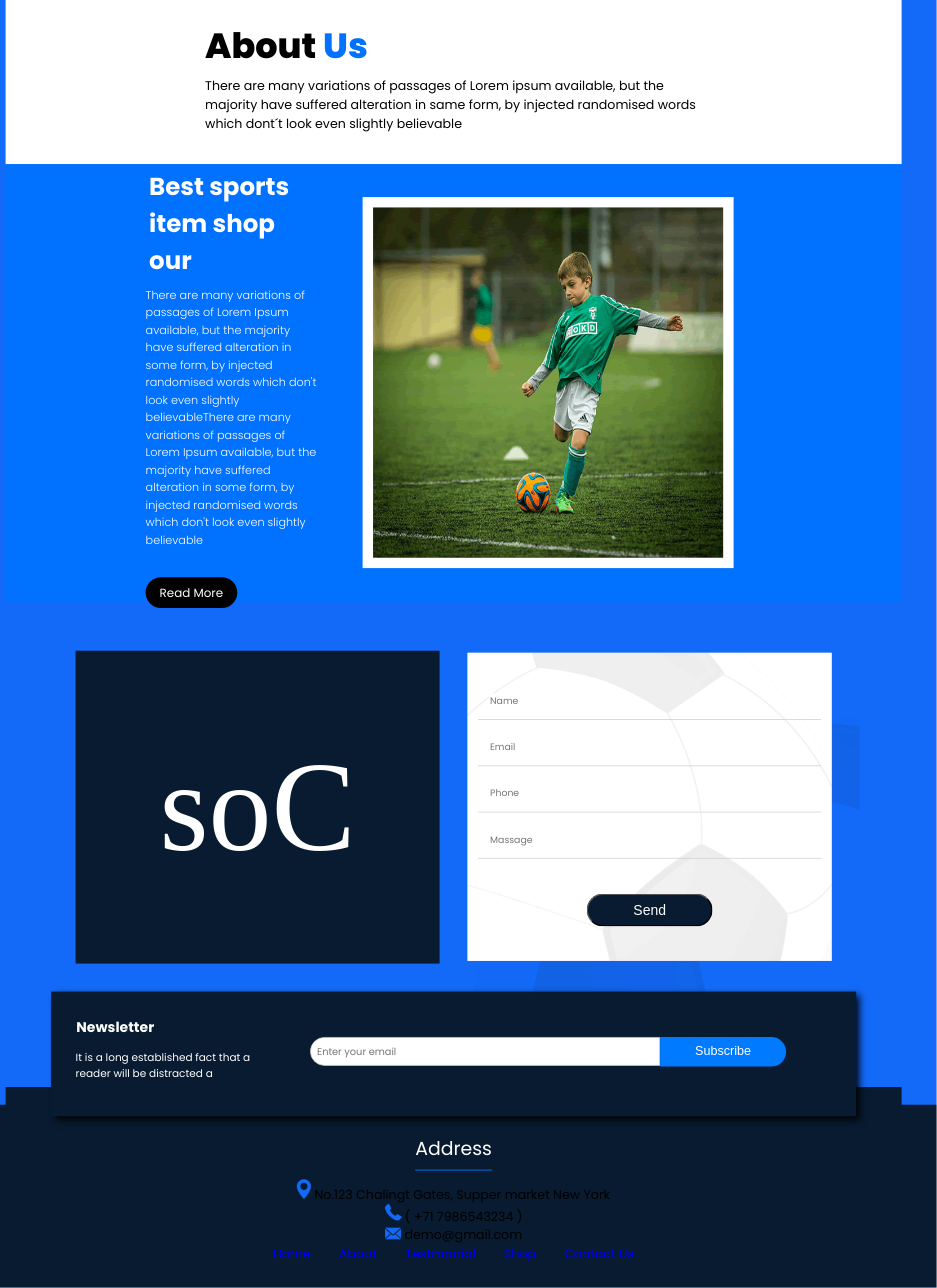
Repository: Vinicius9922/Projeto-Web
Page: index.html
These files come from the project's save history. The page is drawn as it stood at one moment and after the next save; the edit follows.
The browser window is 1280 px wide. The page is 1338 px wide, so the pictures cover 1338 px, including what lies to the right of the window. The pictures show the part of the page from y = 1891 to 3731 px (the page is 3731 px tall before and 3707 px after), at 70% of full size.

Above is the page before, as saved 2024-12-10 20:23:16.

### index.html
<!DOCTYPE html>
<html>

<head>
    <meta charset="UTF-8">
    <meta name="viewport" content="width=device-width, initial-scale=1.0">
    <link rel="stylesheet" href="index.css">
    <link rel="preconnect" href="https://fonts.googleapis.com">
    <link rel="preconnect" href="https://fonts.gstatic.com" crossorigin>
    <link
        href="https://fonts.googleapis.com/css2?family=Lora:ital,wght@0,400..700;1,400..700&family=Poppins:ital,wght@0,100;0,200;0,300;0,400;0,500;0,600;0,700;0,800;0,900;1,100;1,200;1,300;1,400;1,500;1,600;1,700;1,800;1,900&display=swap"
        rel="stylesheet">
    <title>Index</title>
</head>

<body class="main-layout">
    <header>
        <div class="header">
            <div class="container">
                <div class="logo"><img src="img/logo.png" alt="logo"></div>
                <div class="navBar">
                    <nav>
                        <ul class="menuNav">
                            <li>HOME</li>
                            <li>ABOUT</li>
                            <li>TESTMONIAL</li>
                            <li>SHOP</li>
                            <li>CONTACT US</li>
                            <li><img id="lupa" src="img/search_icon.png"></li>
                        </ul>
                    </nav>
                </div>
            </div>
        </div>
    </header>
    <section>
        <div class="container">
            <div class="carroussel">
                <div class="textCarroussel">
                    <h1>Welcome to <strong class="color">Our Shop</strong></h1>
                    <p>There are many variations of passages of Lorem Ipsum available, but the majority have
                        suffered
                        alteration in some form, by injected humour</p>
                    <button class="botao-carrossel">Buy Now</button>
                    <button class="botao-carrossel">About</button>
                </div>
            </div>
            <div class="img-carroussel">
                <div>
                    <figure><img id="img-carroussel" src="img/boksing-gloves.png" alt="img" /></figure>
                </div>
            </div>
        </div>
    </section>

    <!-- aaaaaaaaaaaaaaa -->

    <div class="parte branca">
        <h1>Our <span>Products</span></h1>
        <p>There are many variations of passages of Lorem ipsum available, but the majority have suffered alteration in
            some form, by injected randomised words wich don't look even slightly believable</p>
    </div>

    <div class="container3">

        <div class="imagem1">
            <img src="img/basketball.png" alt="bola">
            <p>$<span class="valor">50</span></p>
            <p class="p1">Basket ball</p>
        </div>
        <div class="imagem2">
            <img src="img/t-shirt.png" alt="camiseta">
            <p>$<span class="valor">50</span></p>
            <p class="p1">T-shirt</p>
        </div>
        <div class="imagem3">
            <img src="img/game.png" alt="game">
            <p>$<span class="valor">50</span></p>
            <p class="p1">Game</p>
        </div>
        <div class="imagem4">
            <img src="img/basketball.png" alt="bola">
            <p>$<span class="valor">50</span></p>
            <p class="p1">Basket ball</p>
        </div>
        <div class="imagem5">
            <img src="img/t-shirt.png" alt="camiseta">
            <p>$<span class="valor">50</span></p>
            <p class="p1">T-shirt</p>
        </div>
        <div class="imagem6">
            <img src="img/game.png" alt="game">
            <p>$<span class="valor">50</span></p>
            <p class="p1">game</p>
        </div>

    </div>
    <div class="branca2">
        <h1> About <span>Us</span></h1>
        <p>There are many variations of passages of Lorem ipsum available, but the majority have suffered alteration in
            same form, by injected randomised words which dont´t look even slightly believable</p>
    </div>

    <div class="shield">
        <div class="texto-shield">
            <h1 class="textobranco">Best sports item shop our</h1>
            <p class="p2">There are many variations of passages of Lorem Ipsum available, but the majority have suffered
                alteration in some form, by injected randomised words which don't look even slightly believableThere are
                many variations of passages of Lorem Ipsum available, but the majority have suffered alteration in some
                form, by injected randomised words which don't look even slightly believable</p>

            <div class="btn_main">
                <a class="botao" href="#" role="button">Read More</a>
            </div>
        </div>
        <div class="child">
            <figure><img src="img/child-image.png">
            </figure>
        </div>
    </div>

    <!-- aaaaaaaaaaaaaaaaaaaa -->

    <div class="container2">
        <div class="formulario">
            <div class="box-left">
                <div class="soc">soC</div>
            </div>
            <div class="box-right">
                <form>
                    <div class="grupo-form">
                        <input type="text" class="form" placeholder="Name" name="Name">
                    </div>
                    <div class="grupo-form">
                        <input type="email" class="form" placeholder="Email" name="Email">
                    </div>
                    <div class="grupo-form">
                        <input type="text" class="form" placeholder="Phone" name="Phone">
                    </div>
                    <div class="grupo-form">
                        <input type="text" class="form" placeholder="Massage" name="mensagem">
                    </div>
                    <div class="send-button">
                        <button type="submit" class="botao-env">Send</button>
                    </div>
                </form>
            </div>
        </div>
        <div class="box-down">
            <div class="text-news">
                <h2 class="Newsletter">Newsletter</h2>
                <p class="text-newsletter">It is a long established fact that a reader will be distracted a</p>
            </div>
            <div class="email-news">
                <input type="email" class="news-email" placeholder="Enter your email" name="Email">
            </div>
            <div class="Subscribe">
                <button class="subs-button" type="Subscribe">Subscribe</button>
            </div>
        </div>



        <div id="footer" class="Address layout_padding">
            <div>
                <div>
                    <div>
                        <div class="titulo">
                            <h2 class="titulo_texto">Address</h2>
                        </div>
                    </div>
                </div>
            </div>
            <div class="address_2">
                <div class="row">
                    <div class="col-sm-12 col-md-12 col-lg-4">
                        <div class="site_info">
                            <span class="info_icon"><img src="img/map-icon.png" /></span>
                            <span style="margin-top: 10px;">No.123 Chalingt Gates, Supper market New York</span>
                        </div>
                    </div>
                    <div class="col-sm-12 col-md-12 col-lg-4">
                        <div class="site_info">
                            <span class="info_icon"><img src="img/phone-icon.png" /></span>
                            <span style="margin-top: 21px;">( +71 7986543234 )</span>
                        </div>
                    </div>
                    <div class="col-sm-12 col-md-12 col-lg-4">
                        <div class="site_info">
                            <span class="info_icon"><img src="img/email-icon.png" /></span>
                            <span style="margin-top: 21px;">demo@gmail.com</span>
                        </div>
                    </div>
                </div>
            </div>

            <div class="menu_main">
                <div class="menu_text">
                    <ul>
                        <li class="active"><a href="#">Home</a></li>
                        <li><a href="about.html">About</a></li>
                        <li><a href="testmonial.html">Testmonial</a></li>
                        <li><a href="clients.html">Shop</a></li>
                        <li><a href="contact.html">Contact Us</a></li>
                    </ul>
                </div>
            </div>
        </div>
    </div>

</body>

</html>

### index.css
@import url('https://fonts.googleapis.com/css2?family=Lora:ital,wght@0,400..700;1,400..700&family=Poppins:ital,wght@0,100;0,200;0,300;0,400;0,500;0,600;0,700;0,800;0,900;1,100;1,200;1,300;1,400;1,500;1,600;1,700;1,800;1,900&display=swap');

html,
body {
    width: 100%;
    font-family: Poppins, normal;
    background-color: #136af8;
    background: linear-gradient(to bottom, #136af8 93%, #081b30 7%);
}

header {
    background-color: #136af8;
    padding: 0px;
}

.container {
    display: flex;
    align-items: center;
    justify-content: space-between;
    margin: 40px 200px;
}

li:hover {
    text-decoration: underline;
    cursor: pointer;
    font-weight: bolder;
}

ul {
    color: white;
    list-style-type: none;
    display: flex;
    margin: 0;
    padding: 0;
    gap: 40px;
    font-weight: 500;
}

#lupa {
    margin-left: 20px;
}

.logo {
    margin-left: 60px;
}

section {
    background-color: #136af8;
    display: flex;
}

.textCarroussel {
    text-align: left;
    margin-left: 60px;
    padding-left: 15px;
}

.textCarroussel p,
strong {
    color: white;
}

.color {
    font-weight: bolder;
}

.textCarroussel h1 {
    font-family: Poppins;
    font-weight: bold;
    font-size: 65px;
    line-height: 74px;
    color: #081b30;
}

.textCarroussel p {
    font-size: 16px;
}

button {
    min-width: 180px;
    color: white;
    background-color: #081b30;
    padding: 10px 50px;
    border-radius: 30px;
    display: inline-block;
    font-size: 20px;
    margin-top: 40px;
    cursor: pointer;
}

button:hover {
    background-color: #032b58;
}

button+button {
    margin-left: 15px;
}

#img-carroussel {
    max-width: 110%;
    height: auto;
    display: block;
}

/*////////////////////////////////////////////////////*/


/* Estilo global */


/* Cabeçalho "Our Products" */
.parte.branca {
    background-color: white;
    text-align: center;
    padding: 40px 280px;
}

.parte.branca h1 {
    font-size: 50px;
    color: black;
    text-align: left;
    font-weight: 800;
    margin: 5px;
}

.parte.branca h1 span {
    color: #0072ff;

}

.parte.branca p {
    font-size: 18px;
    margin-top: 10px;
    text-align: left;
    font-weight: 400;
    margin: 5px;
}

/* Grade de produtos */
.container3 {
    display: grid;
    grid-template-columns: repeat(3, 1fr);
    gap: 20px;
    column-gap: 30px;
    padding-left: 250px;
    padding-right: 250px;
    padding-top: 40px;
    padding-bottom: 40px;
    background-color: #001f3f;
}


.container3 div {
    text-align: center;
    background-color: white;
    padding: 20px;
    box-shadow: 0 5px 10px rgba(0, 0, 0, 0.1);
}

.container3 img {
    width: 300px;
    height: 300px;
    margin-bottom: 10px;
}

.container3 div .valor {
    margin: 5px 0;
    font-size: 26px;
    color: #0072ff
}

.container3 div p {
    font-size: 26px;
    color: black;
    margin: 3px;
}

/* Sessão "About Us" */
.branca2 {
    background-color: white;
    text-align: left;
    padding: 40px 280px;
}

.branca2 h1 {
    font-size: 50px;
    color: black;
    text-align: left;
    font-weight: 800;
    margin: 5px;
}

.branca2 h1 span {
    color: #0072ff;
}

.branca2 p {
    font-size: 18px;
    margin-top: 10px;
    text-align: left;
    font-weight: 400;
    margin: 5px;
}

/* Sessão "Best sports item shop our" */
.shield {
    display: flex;
    justify-content: space-between;
    align-items: center;
    background-color: #0072ff;
    color: white;
    padding-left: 200px;
    padding-right: 200px;
    gap: 20px;
}

.texto-shield {
    text-align: left;
}

.shield h1 {
    font-size: 35px;
    color: rgb(255, 255, 255);
    text-align: left;
    font-weight: 700;
    margin: 5px;
}

.shield .p2 {
    font-size: 16px;
    margin-top: 10px;
    text-align: left;
    font-weight: 300;
    margin-bottom: 50px;
}

.btn_main .botao {
    text-decoration: none;
    background-color: black;
    color: white;
    padding: 10px 20px;
    border-radius: 30px;
    font-size: 17px;
    transition: 0.5s ease, color 0.4s ease 0.1s;
}

.botao:hover {
    background-color: #fbfbfb;
    color: black;
}

.child {
    margin: 0px;
}

.child img {
    height: 500px;
    width: 500px;
    display: flex;
    border: 15px solid #fff;
}


/*/////////////////////////////////////////////////*/

.container2 {
    display: flex;
    align-items: center;
    justify-content: space-between;
    margin: 30px 100px;
    flex-direction: column;
    /* background: linear-gradient(to bottom, #136af8 70%, #081b30 30%); */
}

.formulario {
    flex: auto;
    display: flex;
    justify-content: space-between;
    align-items: center;
    border-radius: 10px;
    padding: 40px;
    justify-content: center;
    gap: 40px;
    background-image: url('img/contact-banner.png');
}

.grupo-form {
    width: 100%;
    padding: 15px;
    margin-bottom: 10px;
    border-bottom: 1px solid #ccc;
}

form {
    display: flex;
    flex-direction: column;
    align-items: center;
    width: 460px;
    height: 360px;
}

.form {
    border: none;
    width: 100px;
    margin: 0px;
}

.box-left {
    background-color: #081b30;
    color: white;
    text-align: center;
    font-family: apple;
    font-size: 180px;
    padding: 10% 10%;
    padding: 120px;
}

.box-right {
    height: auto;
    background-color: #f2f2f2;
    background-image: url('img/boll_bg.png');
    padding: 40px 30px;
}

.box-left,
.box-right {
    width: 50%;
}

input {
    border: none;
    outline: none;
    width: 100%;
}

input,
textarea {
    font-family: Poppins, normal;
    color: #a4a0a0;
    width: 100%;
}

.box-down {
    display: flex;
    align-items: row;
    background-color: #081b30;
    color: white;
    width: 1150px;
    box-shadow: 5px 5px 10px 0 rgba(0, 0, 0, 0.9);
}

.text-news {
    display: flex;
    flex-direction: column;
    max-width: 300px;
    padding-left: 35px;
    font-size: 12px;
    padding: 35px;
}

.Newsletter {
    margin: 1px;
    font-size: 20px;
}

.text-newsletter {
    font-size: 15px;
}

.email-news {
    display: flex;
    align-items: center;
    height: 172px;
}

.Subscribe {
    display: flex;
    align-items: center;
    height: 132px;
}

.news-email {
    padding: 9px;
    font-size: 14px;
    border: 1px solid #ccc;
    border-radius: 25px 0 0 25px;
    width: 500px;
    height: 41px;
    box-sizing: border-box;
}

.subs-button {
    font-size: 18px;
    color: white;
    background-color: #007BFF;
    border: none;
    border-radius: 0 25px 25px 0;
    cursor: pointer;
    height: 42px;

}

.subs-button:hover {
    background-color: #0056b3;
}
#footer{
    font-size: 18px;
    margin-top: 10px;
    text-align: center;
    font-weight: 400;
    margin: 5px;

}
.titulo_texto{
    color:white;
    text-decoration-line: underline;
    text-decoration-color: #0056b3;
    text-underline-offset: 20px;
    font-weight:400;
}

After the next save:
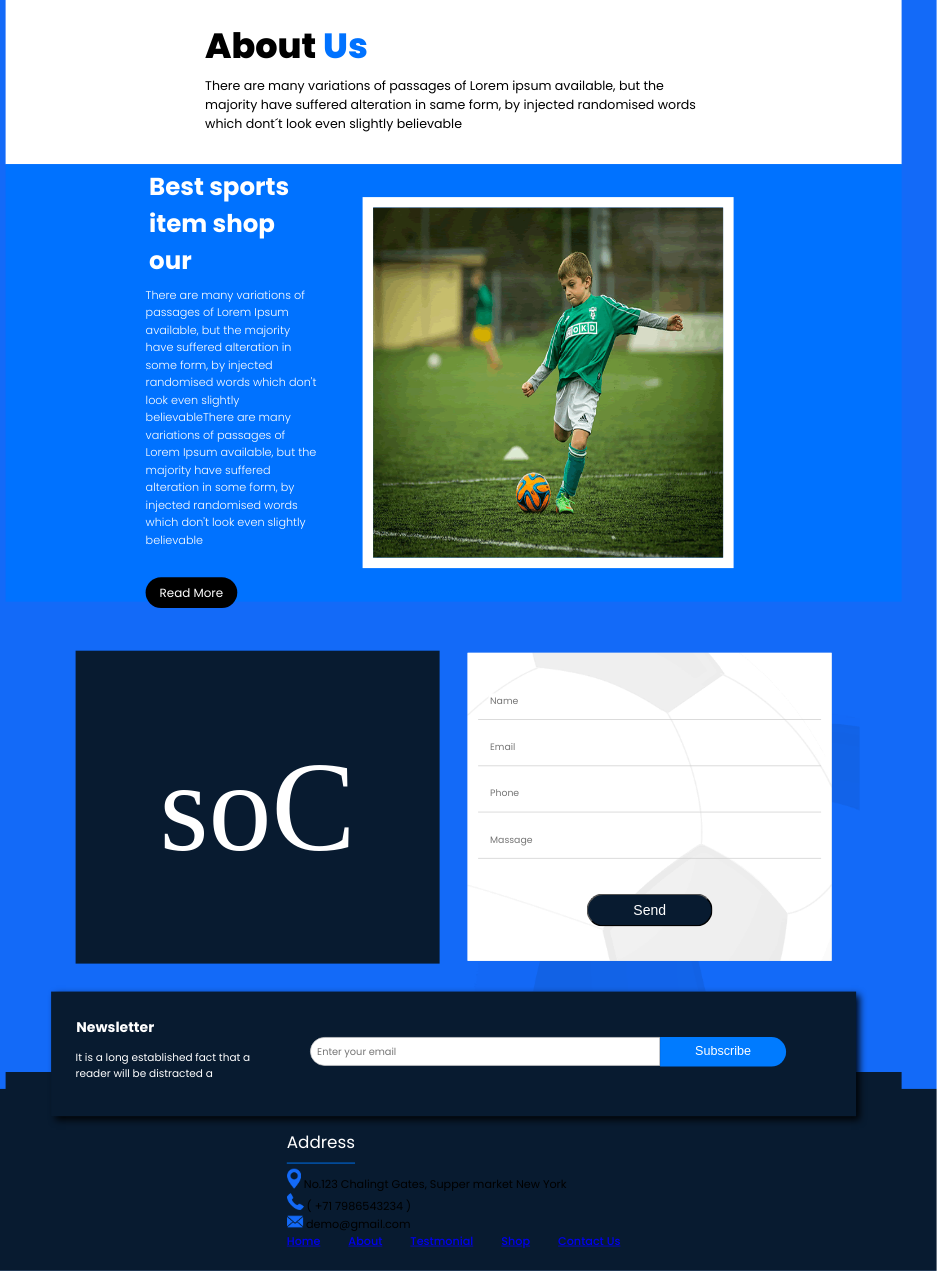
Saved 3 min 3 s later.
--- a/index.html
+++ b/index.html
@@ -161,7 +161,7 @@
 
 
 
-        <div id="footer" class="Address layout_padding">
+        <div class="footer" class="Address layout_padding">
             <div>
                 <div>
                     <div>

After the 2 saves that followed:
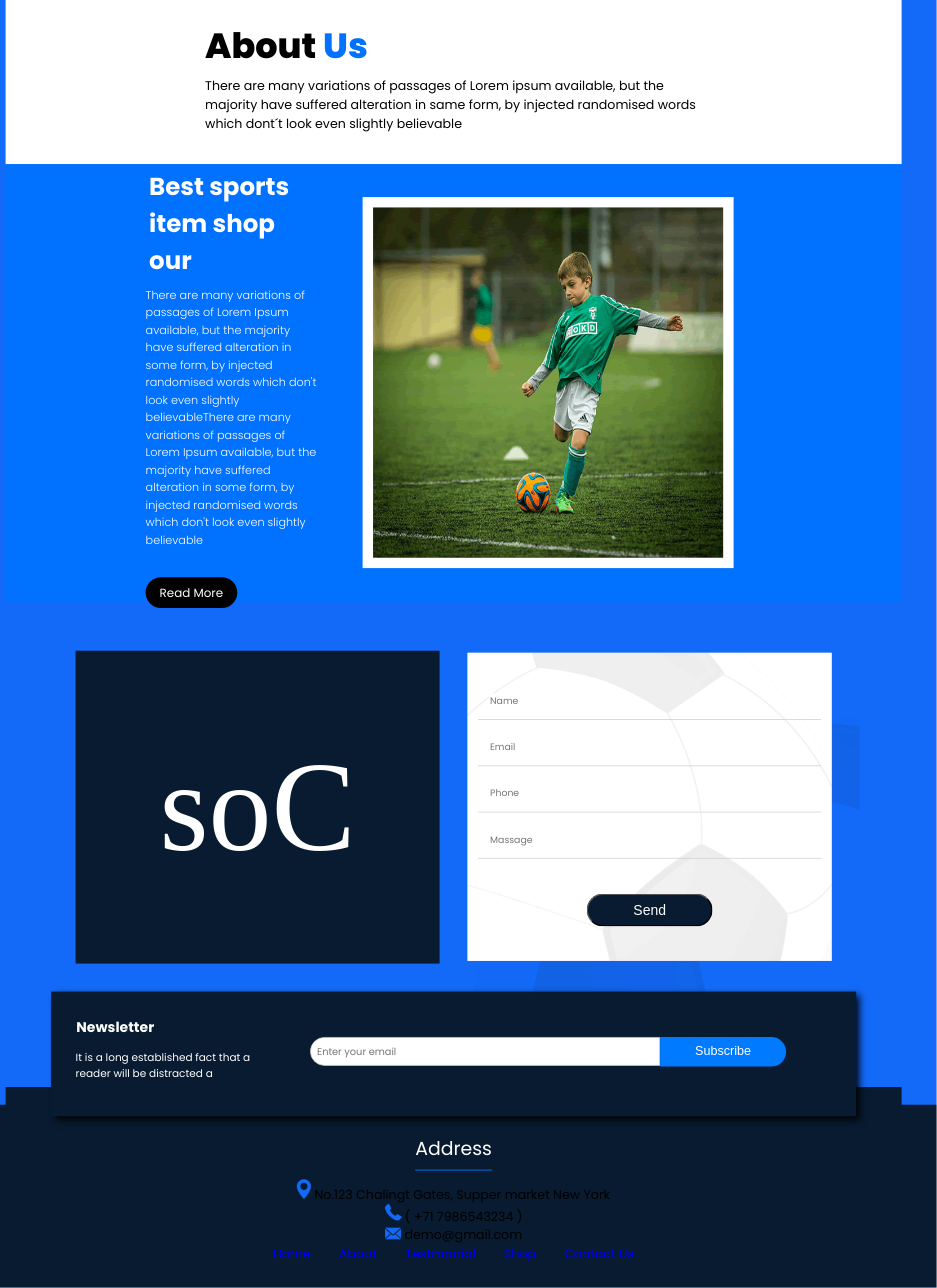
The 2 saves are shown as one change because 1 left the picture as it was.
The last was saved 8 s later.
--- a/index.html
+++ b/index.html
@@ -161,7 +161,7 @@
 
 
 
-        <div class="footer" class="Address layout_padding">
+        <div class="footer">
             <div>
                 <div>
                     <div>
--- a/index.css
+++ b/index.css
@@ -403,7 +403,7 @@
 .subs-button:hover {
     background-color: #0056b3;
 }
-#footer{
+.footer{
     font-size: 18px;
     margin-top: 10px;
     text-align: center;
